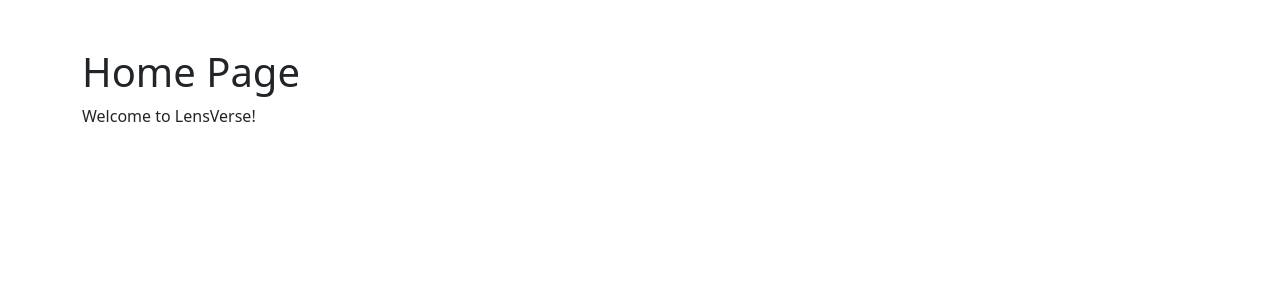
Repository: adithyakiran47/lensverseproject
Page: / (app in lensverse-client/)
An editor plug-in stored every save of this project. The page is shown before and after the next save, followed by the edit.
The browser window is 1280 px wide. The pictures show the whole page.
The project was rebuilt for these pictures with package versions that can differ from the ones it lists, and the page was loaded fresh each time. Also part of the build but not shown: lensverse-client/src/pages/Portfolio.js, lensverse-client/src/pages/Booking.js, lensverse-client/src/pages/About.js, lensverse-client/src/pages/AdminLogin.js, lensverse-client/src/pages/AdminDashboard.js. Imported but missing from the stored project, and not drawn on this page: lensverse-client/src/reportWebVitals.

Above is the page before, as saved 2025-11-03 21:57:12.

After the next save:
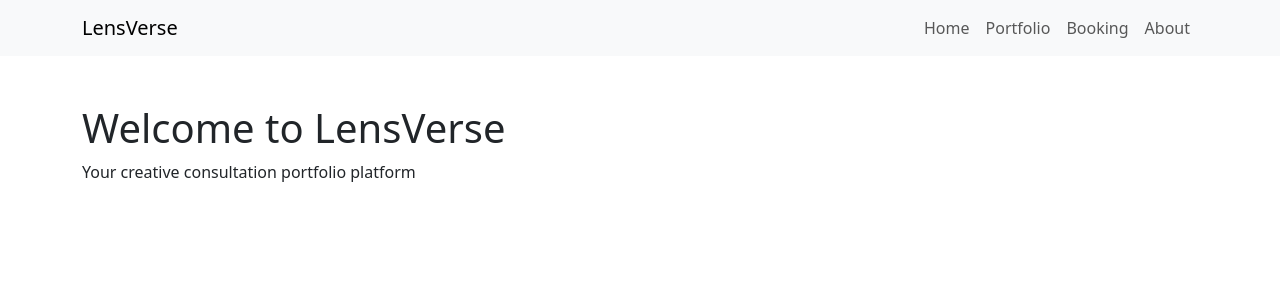
Saved 24 s later.
--- a/lensverse-client/src/pages/Home.js
+++ b/lensverse-client/src/pages/Home.js
@@ -1,11 +1,15 @@
 import React from 'react';
+import Navbar from '../components/Navbar';
 
 const Home = () => {
   return (
-    <div className="container mt-5">
-      <h1>Home Page</h1>
-      <p>Welcome to LensVerse!</p>
-    </div>
+    <>
+      <Navbar />
+      <div className="container mt-5">
+        <h1>Welcome to LensVerse</h1>
+        <p>Your creative consultation portfolio platform</p>
+      </div>
+    </>
   );
 };
 
